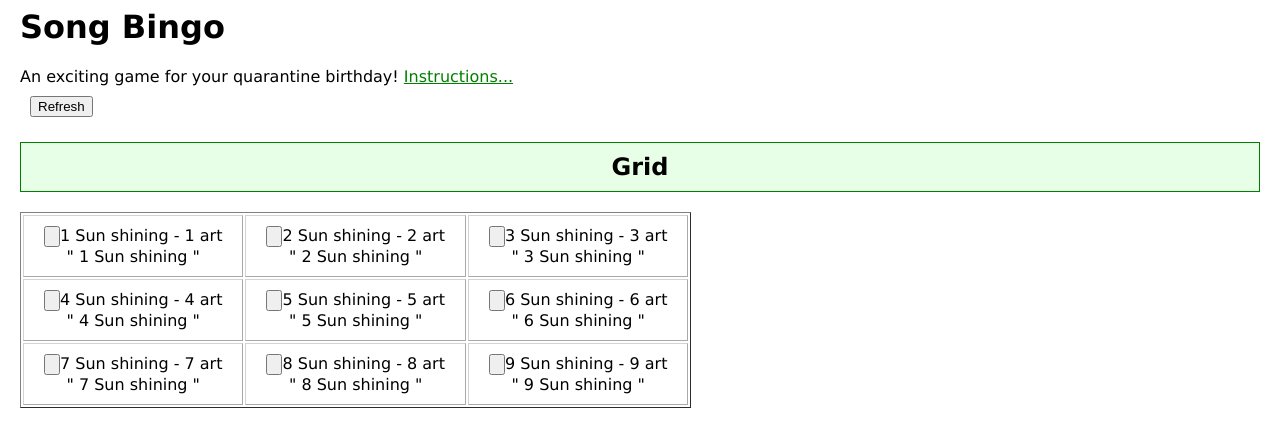
Repository: salsal97/birthday-bingo
Page: bingo.html
The author's editor kept a copy of each file at every save. The page is drawn from the files as they stood at one save, then again after the next save.
The browser window is 1280 px wide. The pictures show the whole page.
After loading, the first visible `input` was clicked once.

Above is the page before, as saved 2020-05-23 12:47:10.

### bingo.html
<!--
Author: Saloni Goel and Abhinav Nair, 2020
Previous Author: Werner Stoop, 2012
-->
<html>
<head>
	<title>Song Bingo</title>

	<style>
	h2 {background:rgb(230,255,230);text-align:center;padding:10px;border:1px solid green;}
	body {font-family:Verdana;margin-left:20px;margin-right:20px}
	td {
		padding:10px 20px;
		border-top:1px solid lightgray;
		border-left:1px solid lightgray;
		border-bottom:1px solid darkgray;
		border-right:1px solid darkgray;
	}
	.error {
		background-color:#FF7F7F;
		color:red;
		padding:5px;
		margin:20px 50px;
		border:1px solid red;
	}
	.highlight {
		background:#47FF84;
	}
	a {
		color:green;
	}
	td label {
		cursor:pointer;
    	text-align: center;
	}
	form {
		margin:5px;
		padding:5px;
		color:green;
	}
	#instructions {
		display:none;
		border: 1px solid green;
		margin:10px;
		padding:20px;
	}
	</style>

	<!-- <script type="text/javascript" src="songs.json"></script> -->
	<script type="text/javascript">

	// var fs = require('fs');
	// var songs = fs.readFileSync("songs.json", "utf8");
	// var songs = $.getJSON("https://birthday-bingo.azurewebsites.net/songs.json");

	// var data = JSON.parse("https://birthday-bingo.azurewebsites.net/songs.json"); //.data;
	// var N = JSON.parse(songs).N;
	 var N = 3;
	 var data = [{
		friend: "p1",
		quote: "\" 1 Sun shining \"",
		song: "1 Sun shining",
		link: "www.youtube.com",
		artist: "1 art"
	}, {
		friend: "p2",
		quote: "\" 2 Sun shining \"",
		song: "2 Sun shining",
		link: "www.youtube.com",
		artist: "2 art"
	}, {
		friend: "p3",
		quote: "\" 3 Sun shining \"",
		song: "3 Sun shining",
		link: "www.youtube.com",
		artist: "3 art"
	}, {
		friend: "p4",
		quote: "\" 4 Sun shining \"",
		song: "4 Sun shining",
		link: "www.youtube.com",
		artist: "4 art"
	}, {
		friend: "p5",
		quote: "\" 5 Sun shining \"",
		song: "5 Sun shining",
		link: "www.youtube.com",
		artist: "5 art"
	}, {
		friend: "p6",
		quote: "\" 6 Sun shining \"",
		song: "6 Sun shining",
		link: "www.youtube.com",
		artist: "6 art"
	}, {
		friend: "p7",
		quote: "\" 7 Sun shining \"",
		song: "7 Sun shining",
		link: "www.youtube.com",
		artist: "7 art"
	}, {
		friend: "p8",
		quote: "\" 8 Sun shining \"",
		song: "8 Sun shining",
		link: "www.youtube.com",
		artist: "8 art"
	}, {
		friend: "p9",
		quote: "\" 9 Sun shining \"",
		song: "9 Sun shining",
		link: "www.youtube.com",
		artist: "9 art"
	}];

	var cells = {};

	function generate() {
		var usedWords = [];

		var node = document.getElementById("grid");

		// generate/restart game
		if(node.innerHTML && !confirm("Are you sure you want to regenerate?"))
			return;

		var html = '<table border="">';
		for(var y = 0; y < N; y++) {
			html += "<tr>"
			for(var x = 0; x < N; x++) {

				// pick a random object
				// do {
				// 	var i = Math.round(Math.random() * (N*N - 1));
				// 	var obj = data[x+y*N];
				// } while(usedWords.indexOf(obj.friend) >= 0);
				// usedWords.push(obj.friend);
				var obj = data[x + y*N];

				// append object html
				html += '<td id="cell_' + x + '_' + y + '" style="text-align:center"><label><input id="chk-cell_' + x + '_' + y + '" type="button" onclick="cellClicked(\'cell_' + x + '_' + y + "')\">" + obj.song +" - "+ obj.artist + "<br>" + obj.quote + "</label></td>";
			}
			html += "</tr>"
		}
		html += "</table>";
		node.innerHTML = html;
		// node.innerHTML = "<p>"+data+" puppy 1";
		save("bingo.grid", html);
		saveGameState();
	}

	/* http://diveintohtml5.info/storage.html */
	function supports_html5_storage() {
	  try {
	    return 'localStorage' in window && window['localStorage'] !== null;
	  } catch (e) {
	    return false;
	  }
	}

	function cellClicked(id) {
		var c = document.getElementById("chk-" + id);
		var d = document.getElementById(id);
		var temp = id.split("_");
		var i = Number(temp[1]) + Number(temp[2])*N;

		var person = prompt("Enter the name of the friend "+data[i].friend).toLowerCase();
        if (person != null) {
			if (person == data[i].friend) {
			  d.innerHTML = data[i].friend.toUpperCase();
			  d.style.backgroundColor = "DarkCyan";
			//   d.className =(c.checked)?"highlight":"";
			}
			else {
				d.style.backgroundColor = "Crimson";
				if (!d.innerHTML.endsWith(", ")){
					d.innerHTML += "<br> Wrong guess: ";
				}
				d.innerHTML += person + ", ";
			}
		}
		saveGameState();
	}

	function saveGameState() {
		for(var y = 0; y < N; y++) {
			for(var x = 0; x < N; x++) {
				var id = 'cell_' + x + '_' + y;
				var c = document.getElementById("chk-" + id);
				save("bingo." + id, c.checked);
			}
		}
	}

	function loadGameState() {
		for(var y = 0; y < N; y++) {
			for(var x = 0; x < N; x++) {
				var id = 'cell_' + x + '_' + y;
				var c = document.getElementById("chk-" + id);
				c.checked = (load("bingo." + id) == 'true');
				var d = document.getElementById(id);
				d.className =(c.checked)?"highlight":"";
			}
		}
	}

	function toggle(id){
		var elem = document.getElementById(id);
		if (elem.style.display == "block")
			elem.style.display = "none";
		else
			elem.style.display = "block";
	}

	save = function(key,value){};
	load = function(key){return null};

	function start() {
		if(supports_html5_storage()) {
			save = function(key, value) {
				localStorage.setItem(key,value);
			};
			load = function(key) {
				return localStorage.getItem(key);
			};
		} else {
			alert("Your browser does not support localStorage.\nYou won't be able to persist the Bingo grid.\nUpgrading your browser may help.");
			return;
		}

		var grid = load("bingo.grid");
		if(grid) {
			console.log("Loaded a previously generated grid");
			var node = document.getElementById("grid");
			node.innerHTML = grid;
			loadGameState();
		}
	}
	</script>
</head>
<body onLoad="start()">
<h1>Song Bingo</h1>

An exciting game for your quarantine birthday!

<a href="javascript:toggle('instructions');">Instructions...</a>

<noscript>
<div class="error">
<strong>Problem:</strong>
<p><em>
You do not have JavaScript enabled. JavaScript must be enabled for this application to work.
</em></p>
</div>
</noscript>

<div id="instructions">
<h2>Instructions</h2>
<ol>
	<noscript><li>Enable JavaScript</li></noscript>
	<li>Click <strong>Refresh</strong> to create your Bingo board.</li>
	<li>In the boxes you see the name of a song, its artist, and a quote from the song that someone chose for you </li>
	<li>Click on the button in the box to guess who chose this song!  </li>
	<li>If your guess is right, the box will change color and display the name of the person (:  </li>
	<li>If your guess is wrong, the box will show you your incorrect guess to help you narrow your search  </li>
	<li>HINT: The main page of this website should be populated with the people who participated! I restricted this to first names to make it easy  </li>
</ol>
</div>
<form>
<input type="button" value="Refresh" onClick="generate();"/>
</form>
<h2>Grid</h2>
<div id="grid"></div>
</body>
</html>

After the next save:
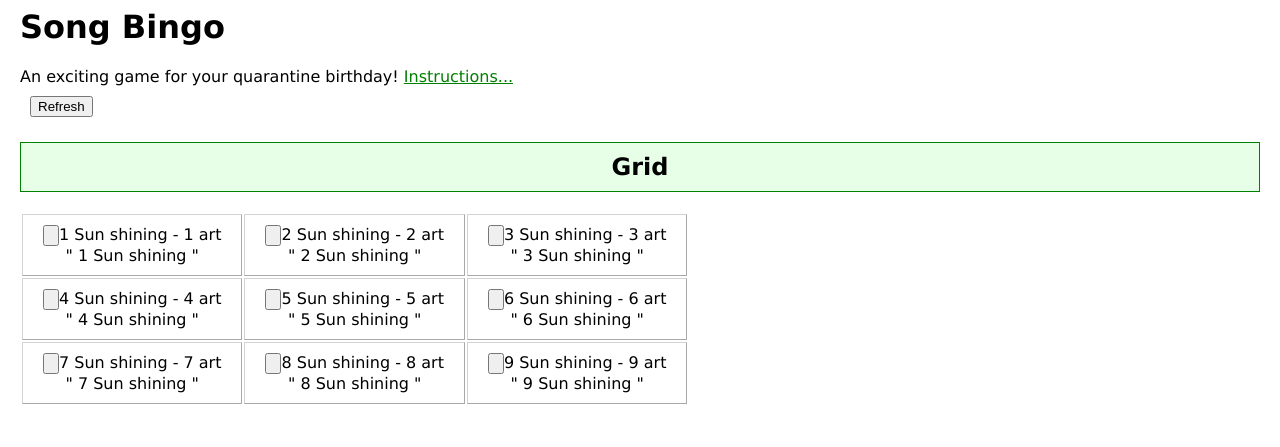
Saved 4 s later.
--- a/bingo.html
+++ b/bingo.html
@@ -123,7 +123,7 @@ Previous Author: Werner Stoop, 2012
 		if(node.innerHTML && !confirm("Are you sure you want to regenerate?"))
 			return;
 
-		var html = '<table border="">';
+		var html = '<table border="0">';
 		for(var y = 0; y < N; y++) {
 			html += "<tr>"
 			for(var x = 0; x < N; x++) {
